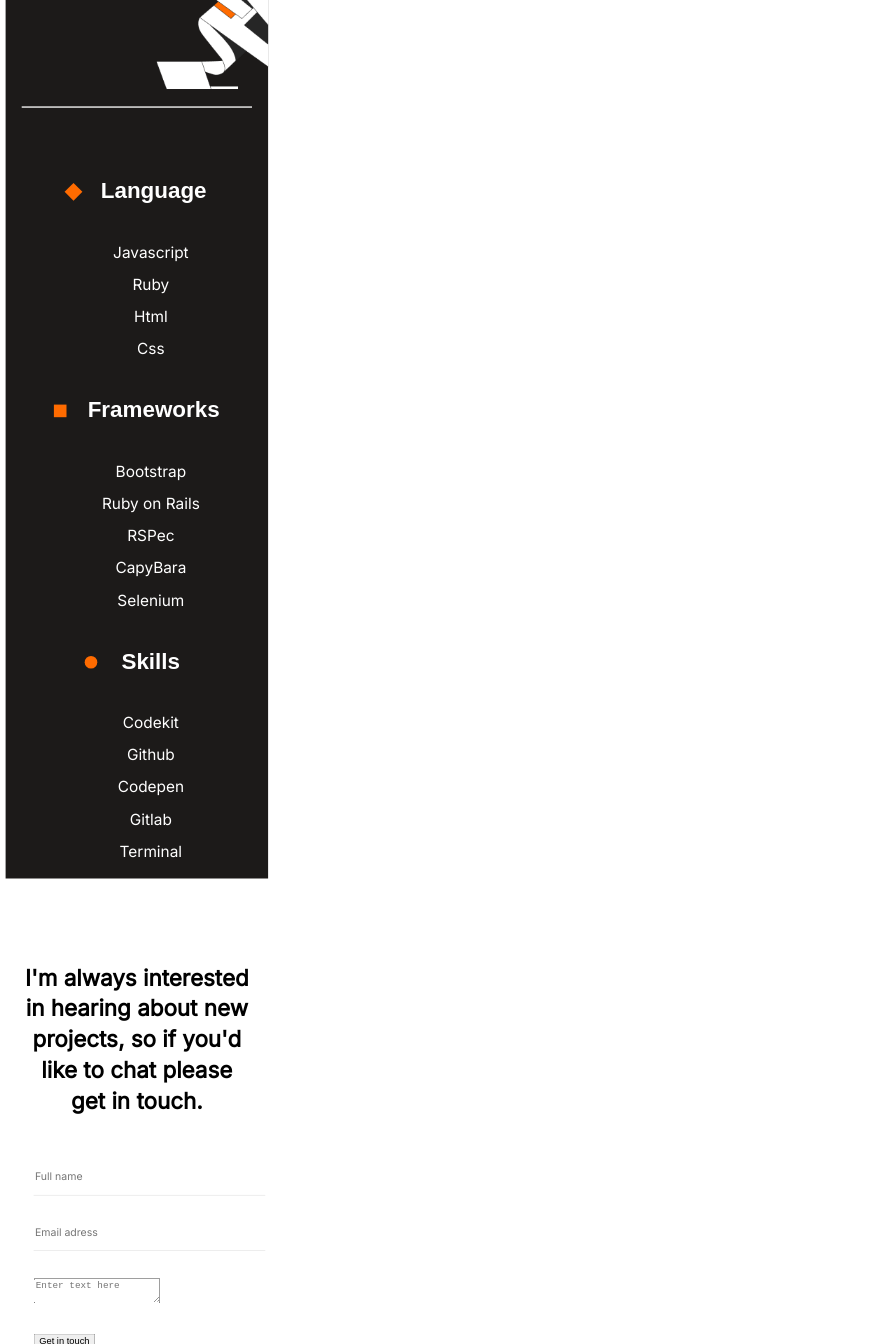
Repository: iBel251/portfolio
Page: index.html
These files come from the project's save history. The page is drawn as it stood at one moment and after the next save; the edit follows.
The browser window is 1280 px wide. The pictures show the part of the page from y = 4580 to 6500 px (the page is 6677 px tall), at 70% of full size.
Some web fonts or font styles are not loaded; a fallback is used.

Above is the page before, as saved 2022-03-22 11:01:35.

After the next save:
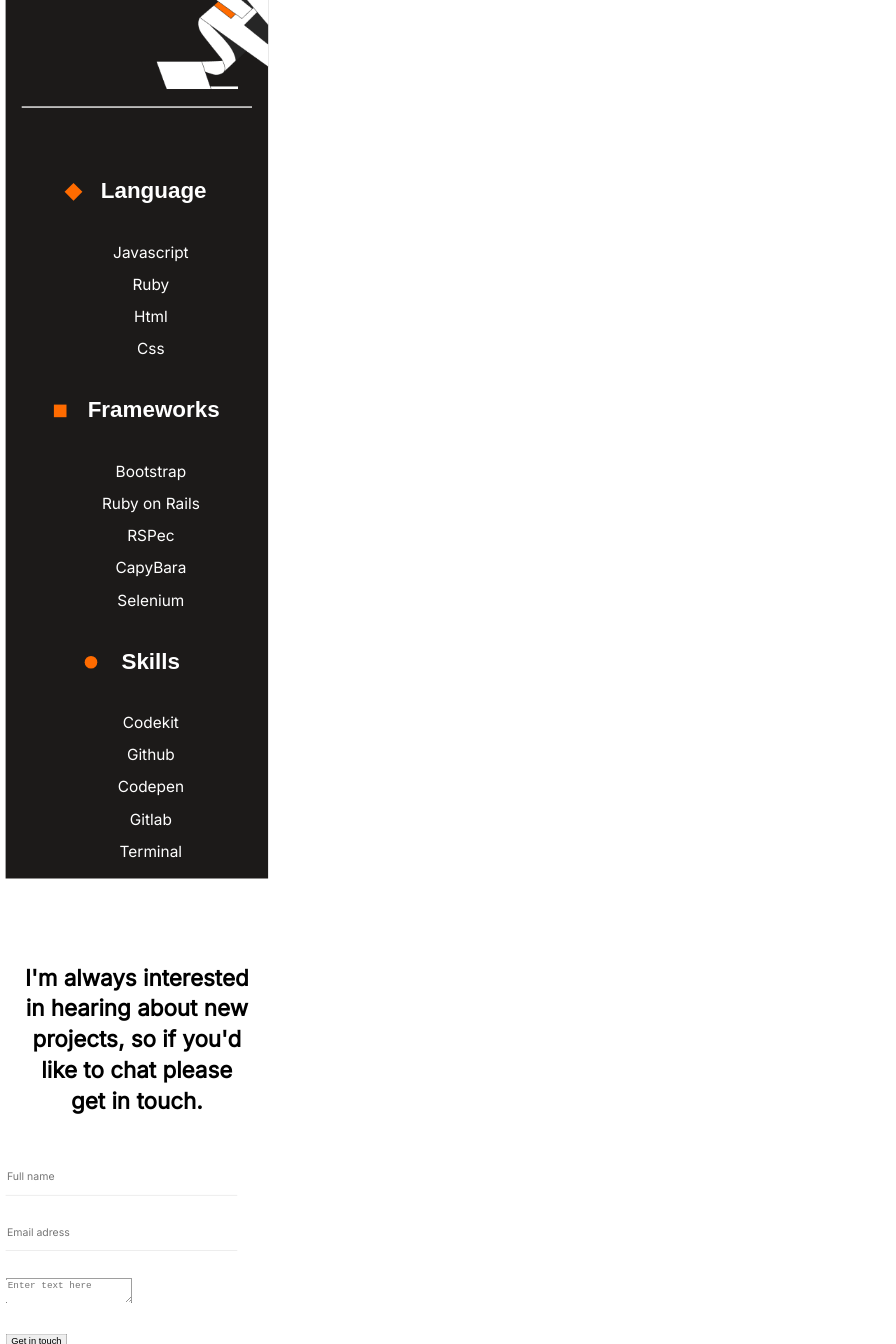
Saved 59 s later.
--- a/style.css
+++ b/style.css
@@ -420,6 +420,7 @@ margin: 120px 24px 15px 24px;
   margin-top: 73px;
   list-style-type: none;
   align-self: start;
+  padding-left: 0;
 }
 
 .form li {
